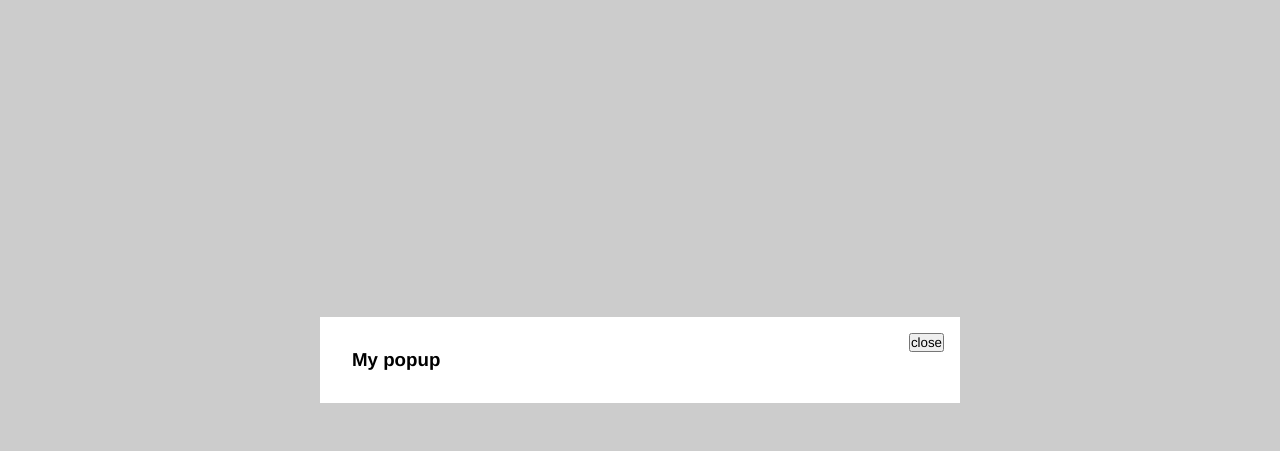
Repository: ThabangMpiti/notification3
Page: / (app in notipopu/)
An editor plug-in stored every save of this project. The page is shown before and after the next save, followed by the edit.
The browser window is 1280 px wide. The pictures show the whole page.
The project was rebuilt for these pictures with package versions that can differ from the ones it lists, and the page was loaded fresh each time.

Above is the page before, as saved 2023-07-17 03:54:13.

After the next save:
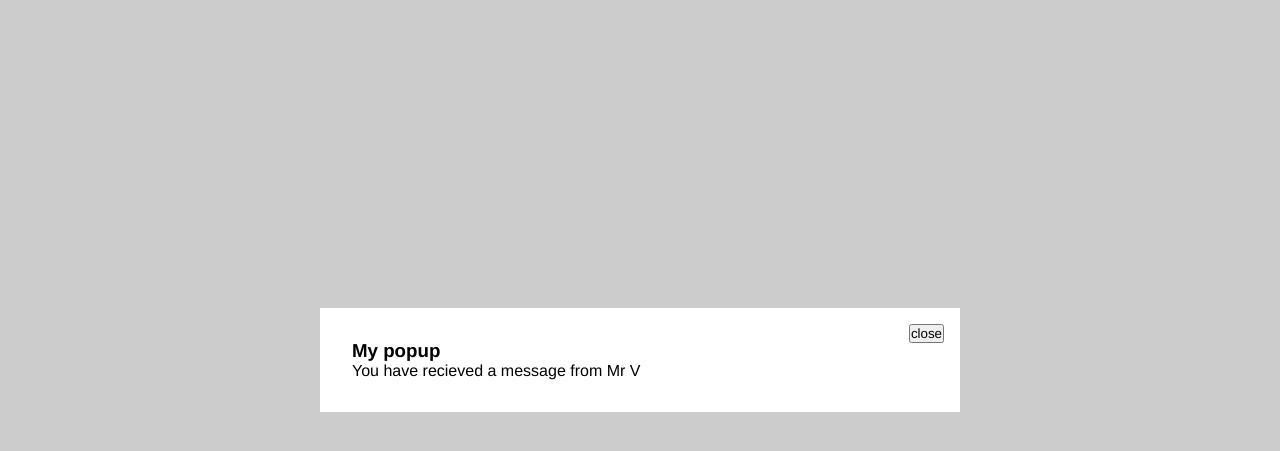
Saved 91 s later.
--- a/notipopu/src/App.js
+++ b/notipopu/src/App.js
@@ -9,6 +9,7 @@ function App() {
       <button>Notification(1)</button>
       <Popup trigger={true}>
         <h3>My popup</h3>
+        <p>You have recieved a message from Mr V</p>
       </Popup>
       </main>
     </div>
